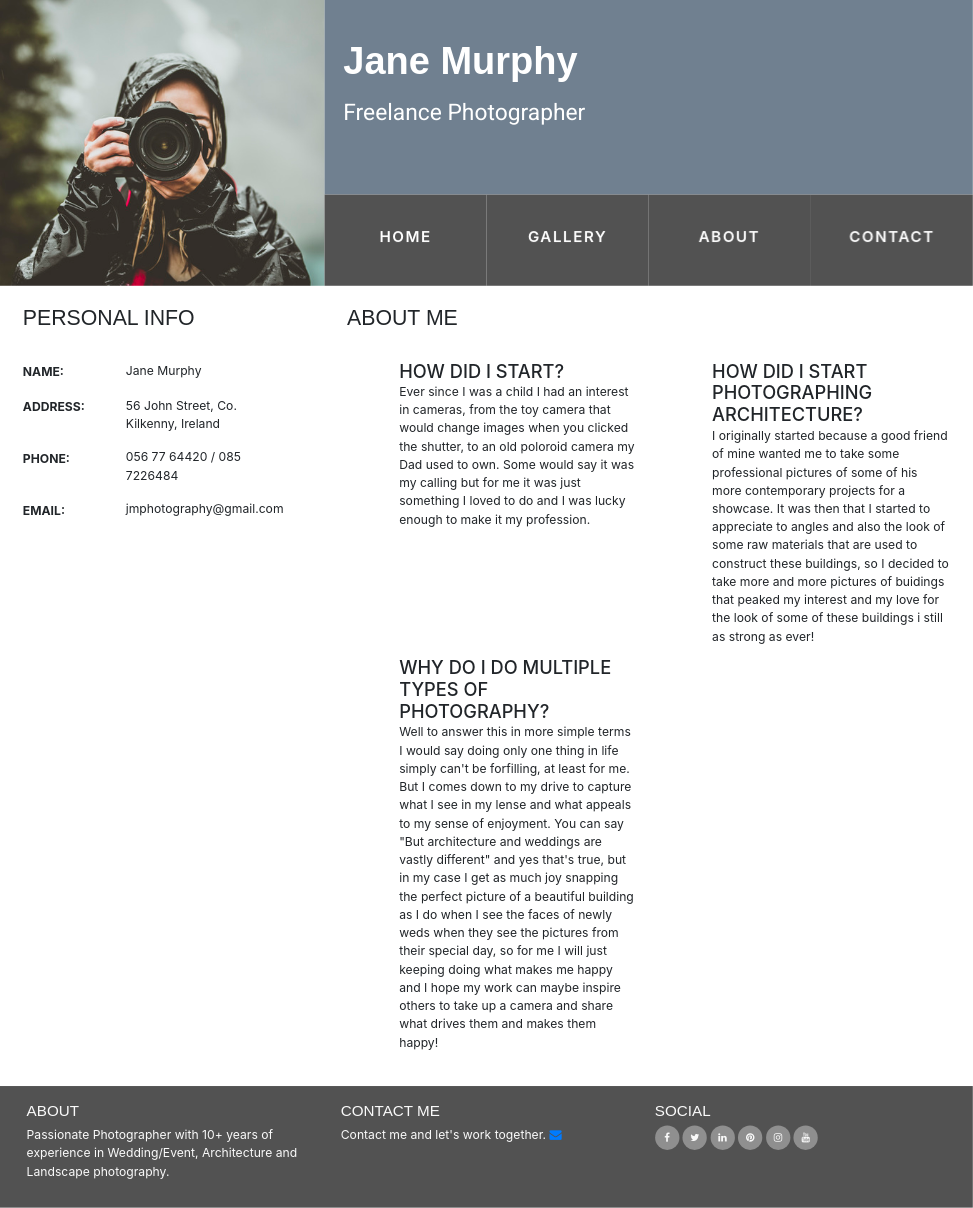
Repository: Code-Institute-Submissions/MrChrisRandall-milestone-1
Page: about.html
The author's editor kept a record of every edit. The page is drawn from the files as they stood at one moment, then again after the next edit.
The browser window is 1280 px wide. The pictures show the whole page, at 76% of full size.

Above is the page before.

After the next edit:
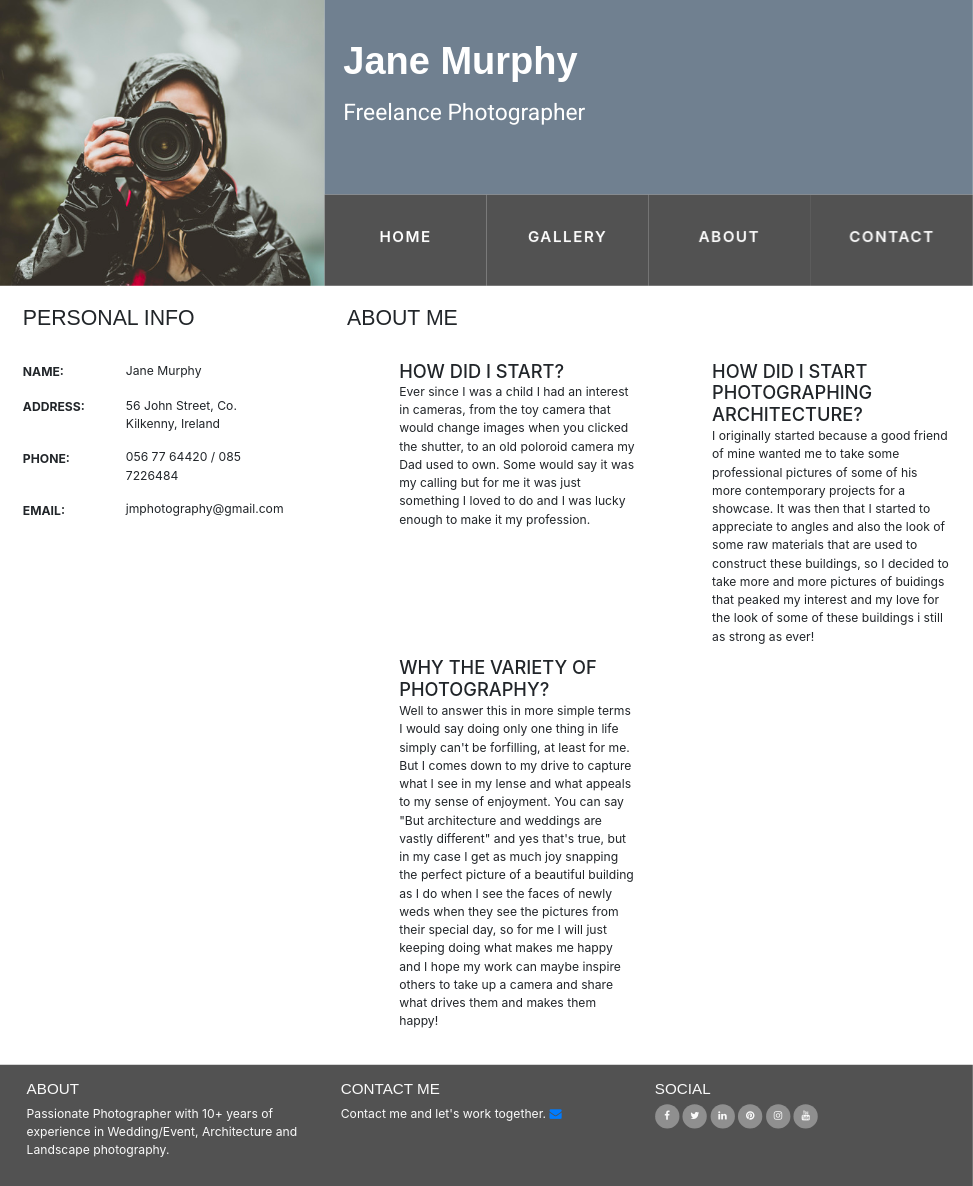
The edit:
--- a/about.html
+++ b/about.html
@@ -146,7 +146,7 @@
                             <div class="col-2">
                             </div>
                             <div class="col-10">
-                                <h4 class="uppercase">Why do I do multiple types of photography?</h4>
+                                <h4 class="uppercase">Why the variety of photography?</h4>
                                 <p>
                                     Well to answer this in more simple terms I would say doing only one thing in life simply can't be forfilling, at least for me. But I comes down to
                                     my drive to capture what I see in my lense and what appeals to my sense of enjoyment. You can say "But architecture and weddings are vastly different" and yes that's true,
